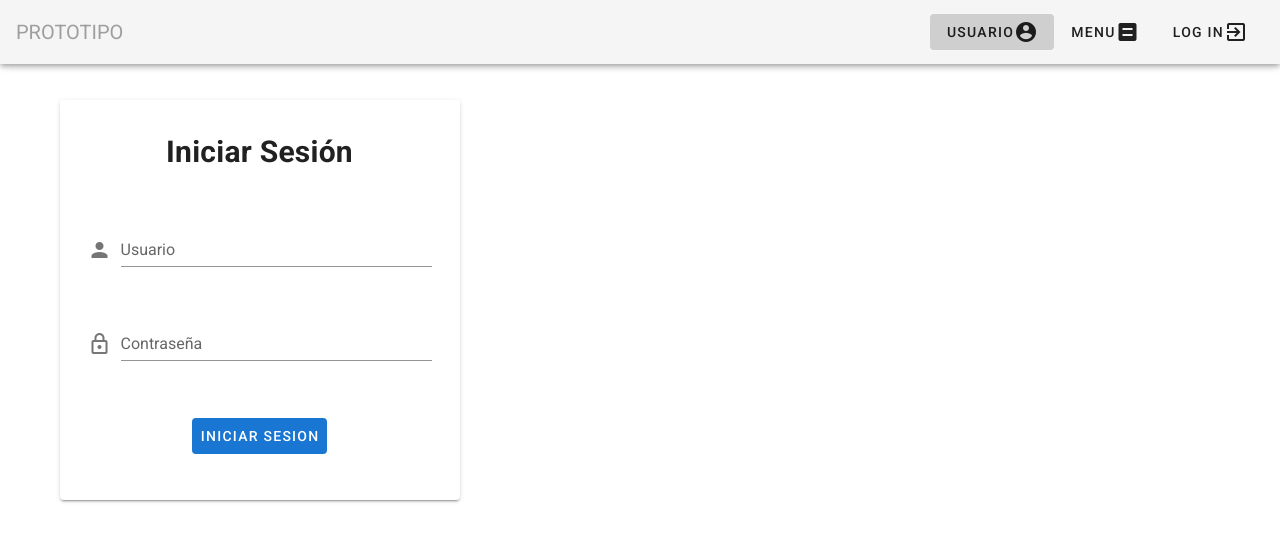
Repository: YojayDeHorta/Administrador-con-filtros
Page: /
The author's editor kept a copy of each file at every save. The page is drawn from the files as they stood at one save, then again after the next save.
The browser window is 1280 px wide. The pictures show the whole page.
The project was rebuilt for these pictures with package versions that can differ from the ones it lists, and the page was loaded fresh each time. Also part of the build but not shown: vue.config.js, src/components/Login.vue, src/views/Options.vue, src/components/Filtro.vue, src/components/CrudClientes.vue, src/views/Filter.vue.

Above is the page before, as saved 2021-09-25 17:02:03.

After the next save:
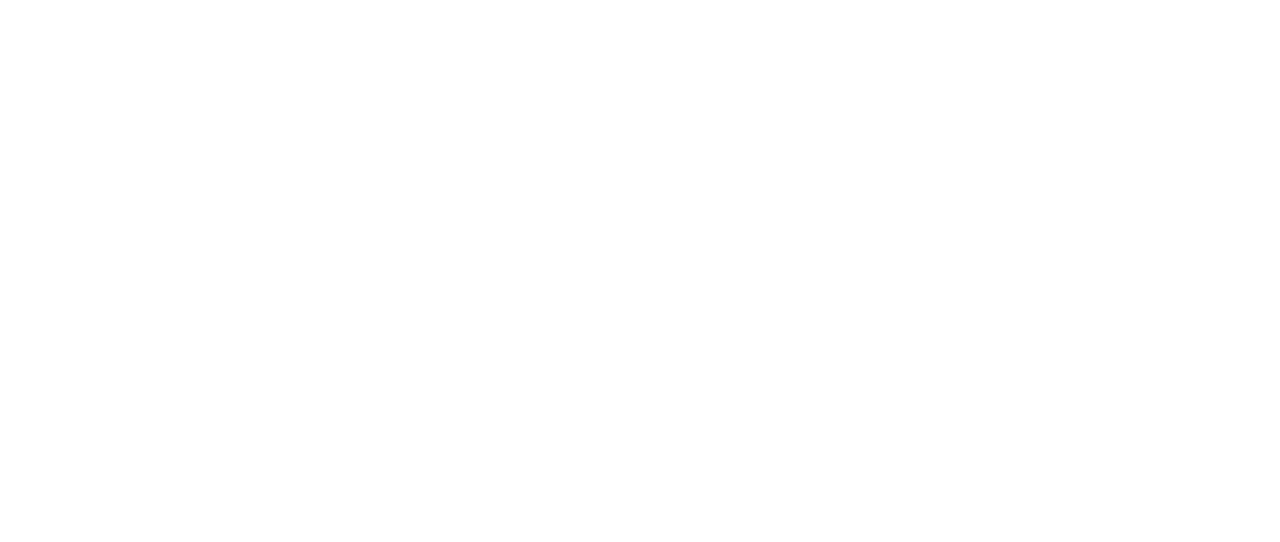
Console error: ReferenceError: Tabs is not defined
Saved 15 s later.
--- a/src/views/Login.vue
+++ b/src/views/Login.vue
@@ -39,7 +39,6 @@
   </v-container>
 </template>
 <script>
-import Tabs from "../components/Tabs_Login.vue";
 export default {
   name: "Home",
 

After the 3 saves that followed:
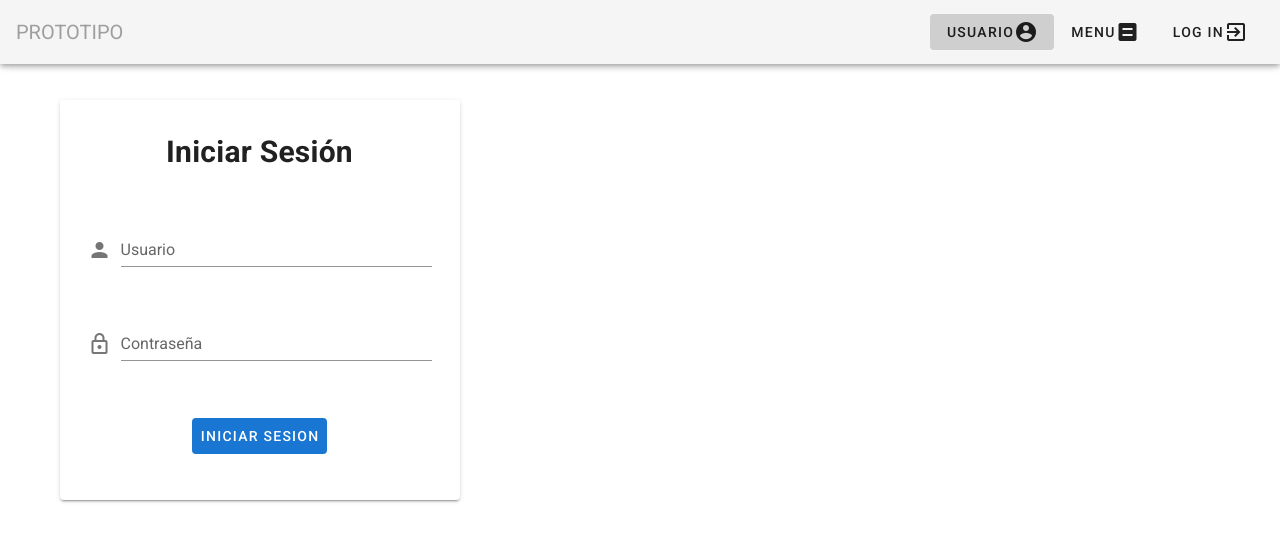
The error is gone.
The 3 saves are shown as one change because they came seconds apart.
The last was saved 16 s later.
--- a/src/views/Login.vue
+++ b/src/views/Login.vue
@@ -42,8 +42,8 @@
 export default {
   name: "Home",
 
-  components: {
+ /* components: {
     Tabs,
-  },
+  }*/
 };
 </script>
